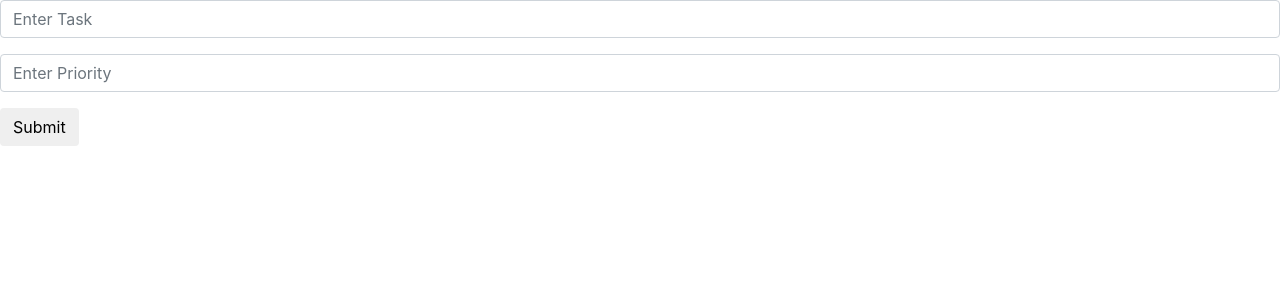
Repository: bitmap357/To-Do-App_Django
Page: http://localhost/add/
The author's editor kept a copy of each file at every save. The page is drawn from the files as they stood at one save, then again after the next save.
The browser window is 1280 px wide. The pictures show the whole page.
The page is served by the project's application, run on Django 5.2 (mysite/manage.py).

Above is the page before, as saved 2024-03-27 22:36:29.

After the next save:
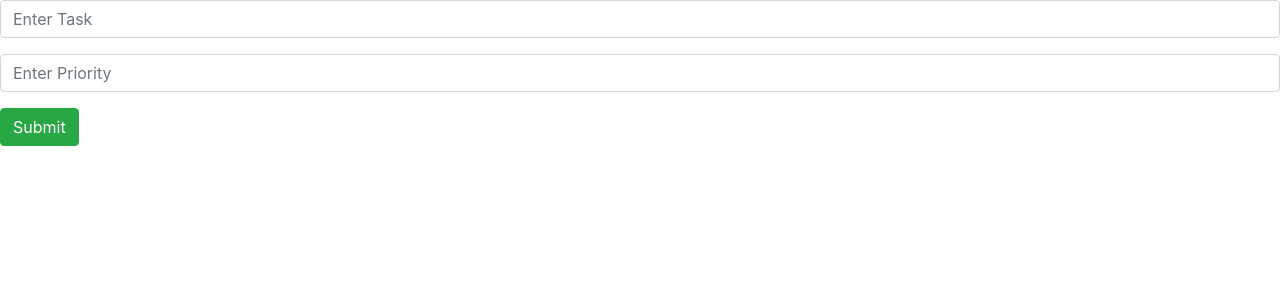
Saved 11 s later.
--- a/mysite/myapp/templates/myapp/add.html
+++ b/mysite/myapp/templates/myapp/add.html
@@ -8,6 +8,6 @@
     <div class="form-group">
         <input type="text" class="form-control" name="priority" id="priority" placeholder="Enter Priority">
     </div>
-    <input class="btn" type="submit">
+    <input class="btn btn-success" type="submit">
 </form>
 {% endblock %}
